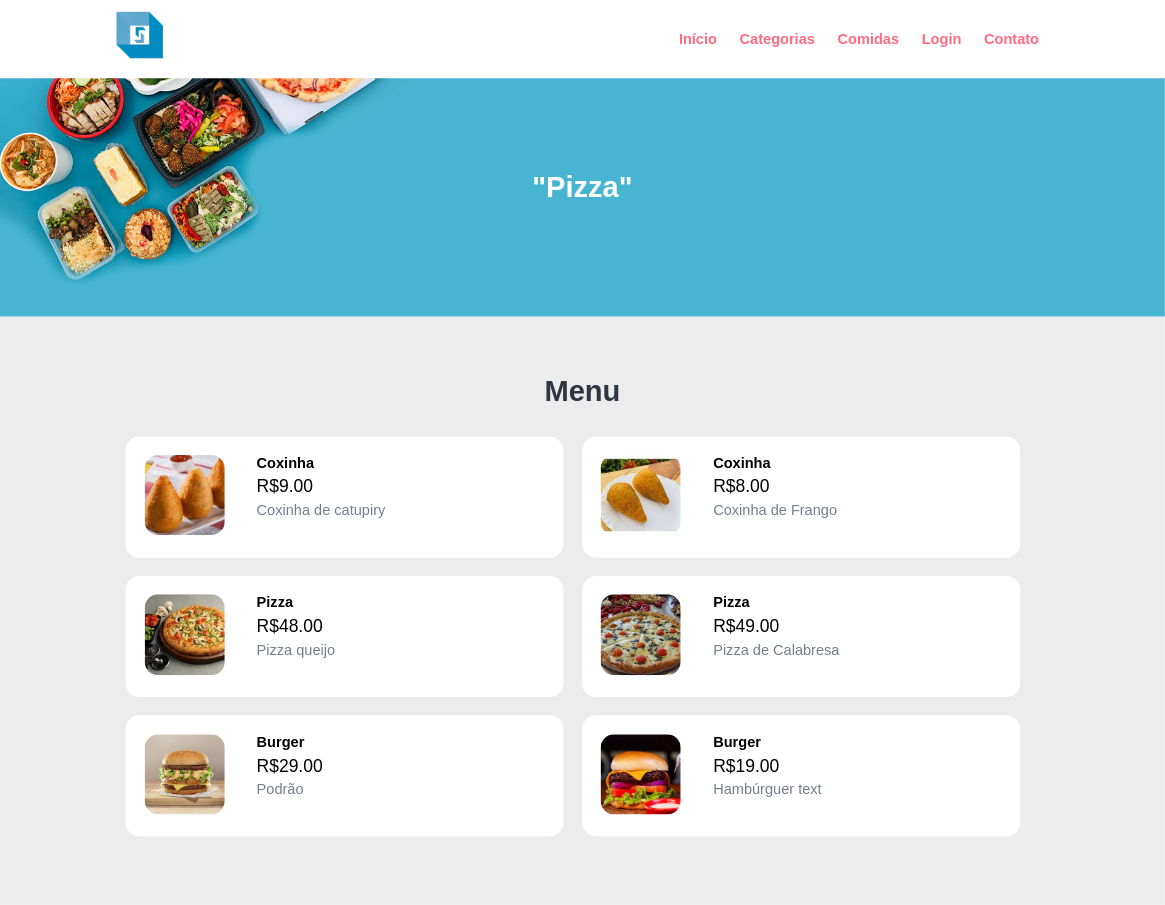
Repository: Rafa070/SoolQueijo
Page: http://localhost/food-order/category-foods.php?category_id=4
These files come from the project's save history. The page is drawn as it stood at one moment and after a run of saves; the edit follows.
The browser window is 1280 px wide. The pictures show the whole page, at 91% of full size.
The page is run by PHP 8.4 with error messages shown; the project is at /var/www/html/. The database holds what the project's SQL file puts in it.

Above is the page before, as saved 2022-03-20 18:33:55.

After the next 2 saves:
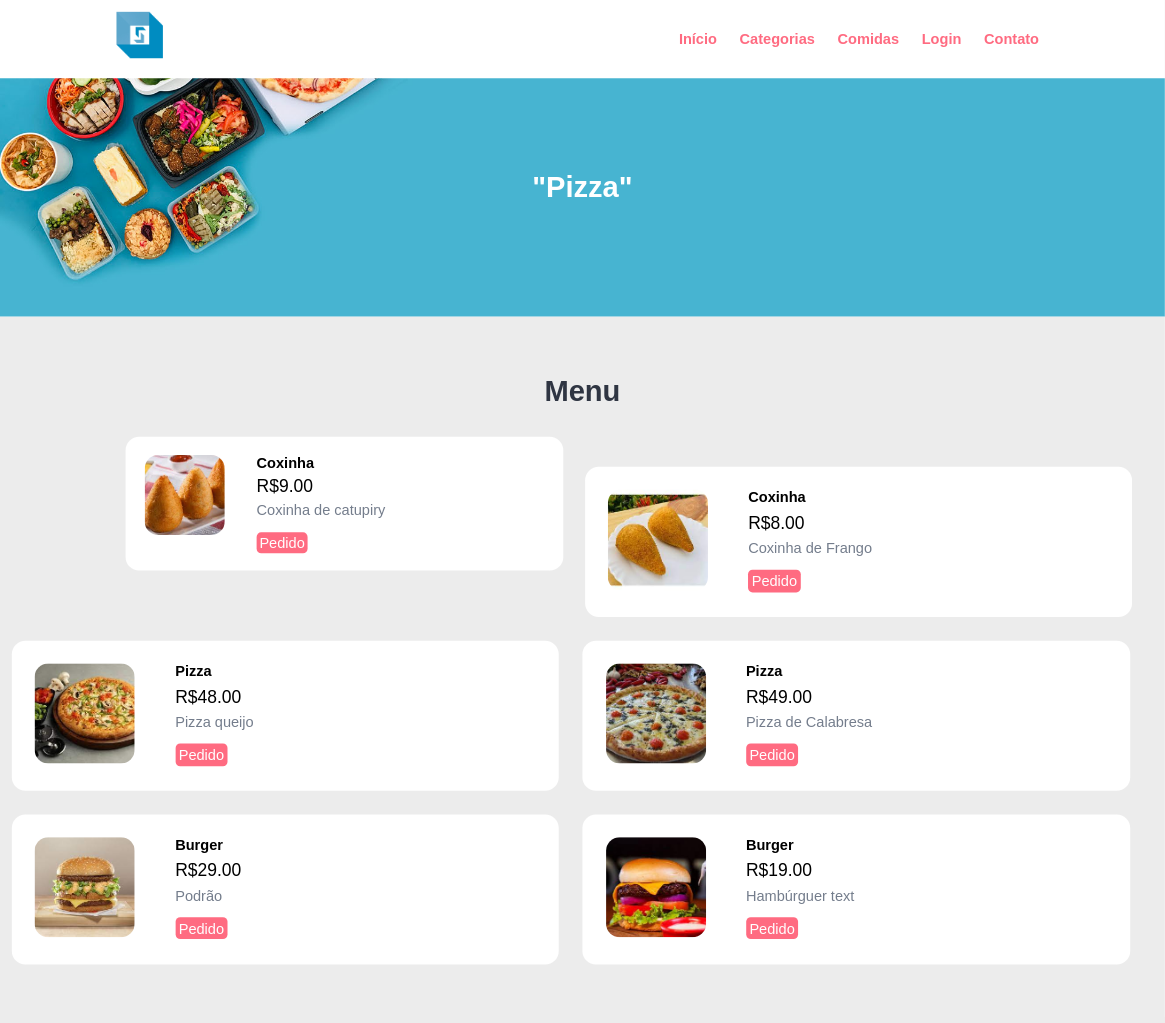
The 2 saves are shown as one change because they came seconds apart.
The last was saved 96 s later.
--- a/category-foods.php
+++ b/category-foods.php
@@ -49,6 +49,7 @@
             ?></div><div class="food-menu-desc"><h4><?php echo $title;
             ?></h4><p class="food-price">R$<?php echo $price;
             ?></p><p class="food-detail"><?php echo $description;
+            ?></p><br><a href="<?php echo SITEURL; ?>order.php?food_id=<?php echo $id; ?>"class="btn btn-primary">Pedido</a></div></div><?php
             ?></p><br></div></div><?php
         }
     }

After the 2 saves that followed:
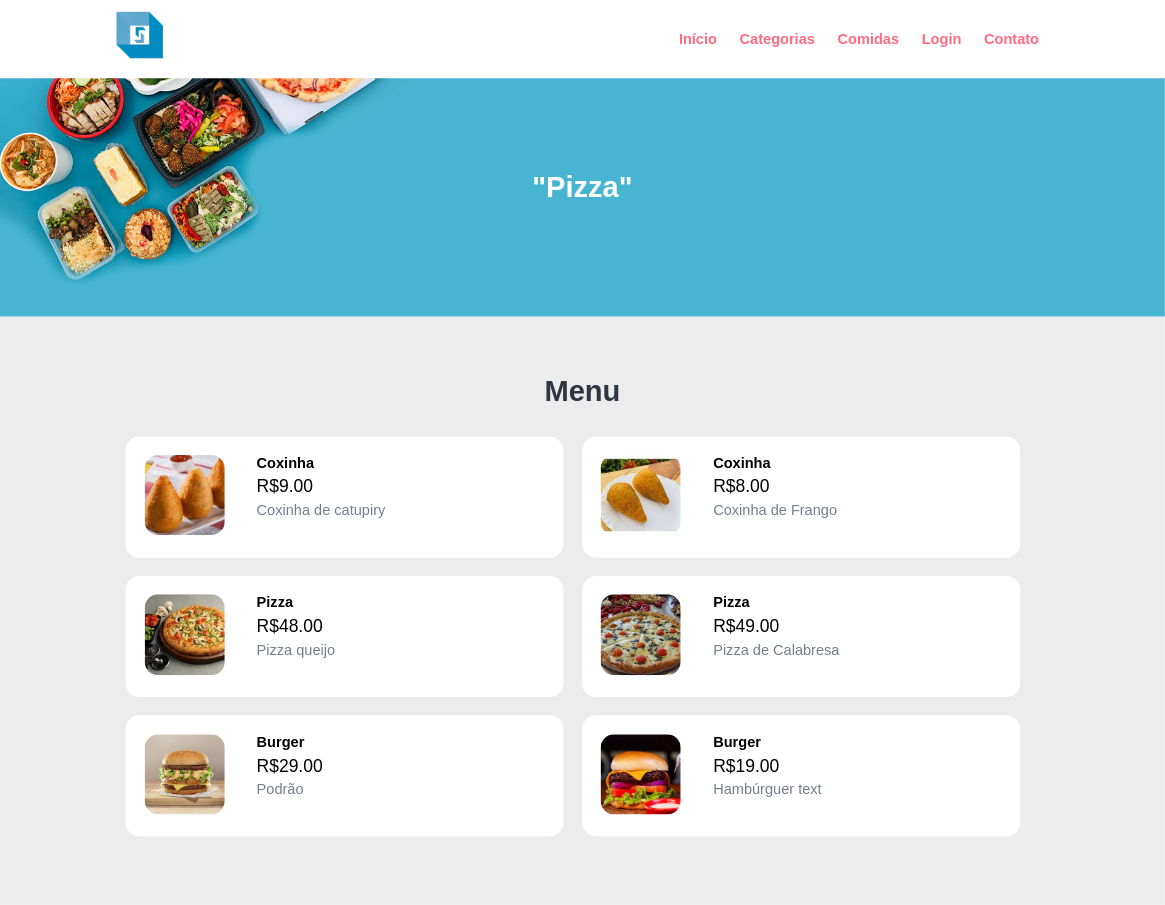
The 2 saves are shown as one change because they came seconds apart.
The last was saved 51 s later.
--- a/category-foods.php
+++ b/category-foods.php
@@ -49,7 +49,6 @@
             ?></div><div class="food-menu-desc"><h4><?php echo $title;
             ?></h4><p class="food-price">R$<?php echo $price;
             ?></p><p class="food-detail"><?php echo $description;
-            ?></p><br><a href="<?php echo SITEURL; ?>order.php?food_id=<?php echo $id; ?>"class="btn btn-primary">Pedido</a></div></div><?php
             ?></p><br></div></div><?php
         }
     }
